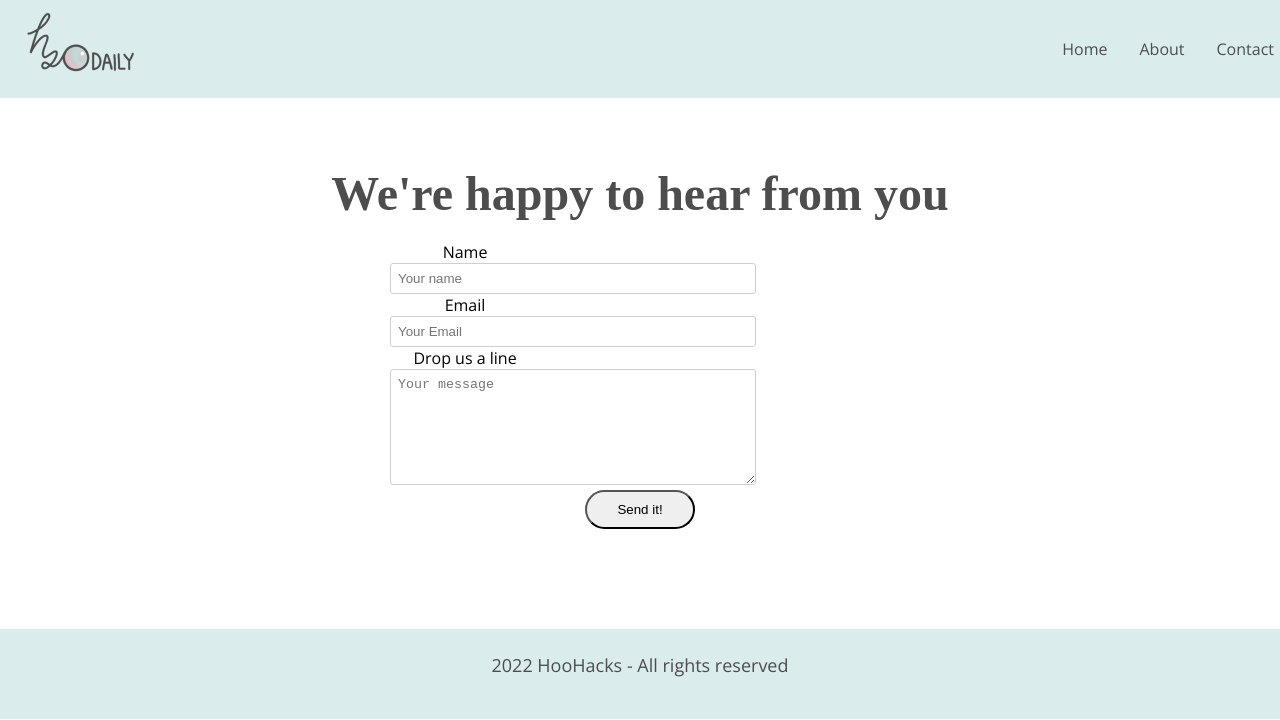
Repository: jennyjjung/H2ODaily
Page: contact.html
An editor plug-in stored every save of this project. The page is shown before and after the next save, followed by the edit.
The browser window is 1280 px wide. The pictures show the whole page.
Some web fonts or font styles are not loaded; a fallback is used.

Above is the page before, as saved 2022-03-26 20:58:05.

After the next save:
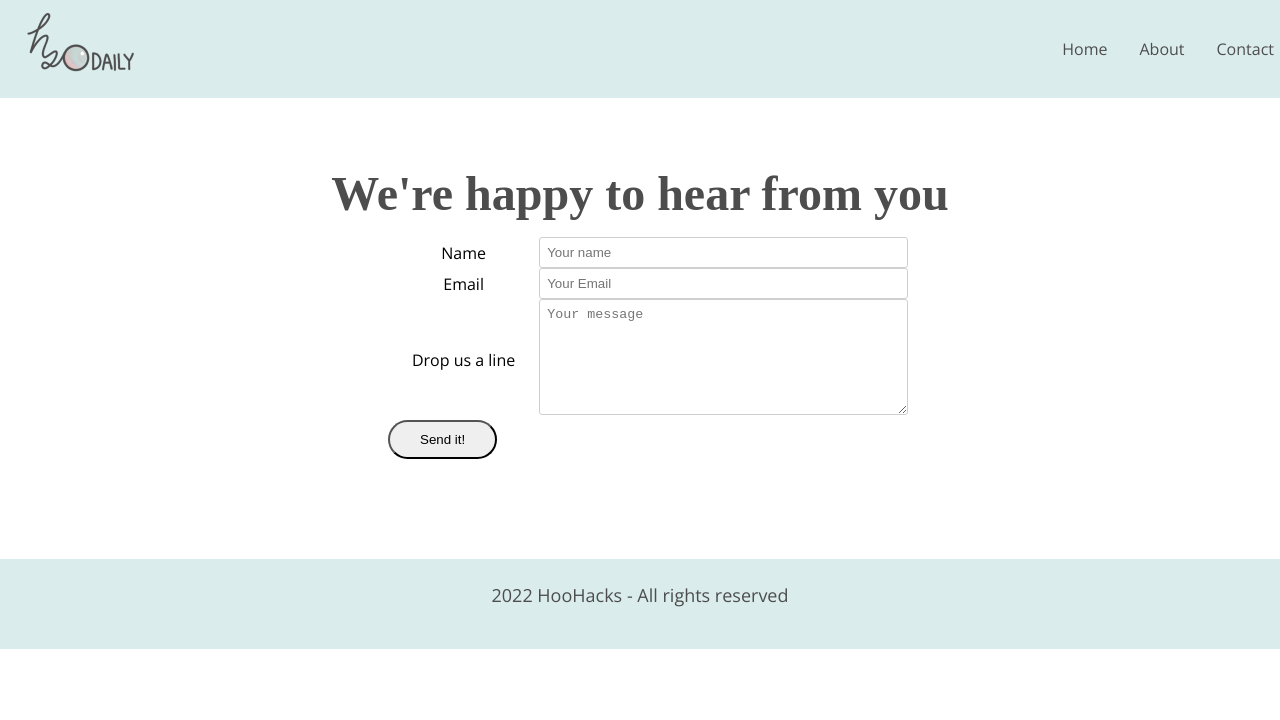
Saved 10 s later.
--- a/style.css
+++ b/style.css
@@ -158,6 +158,16 @@ form {
   margin: auto;
   margin-top: 20px;
 }
+.row {
+  display: flex;
+  align-items: center;
+  justify-content: space-between;
+}
+
+.contact-form {
+  width: 60%;
+  margin: 0 auto;
+}
 
 input[type="text"],
 input[type="email"],
